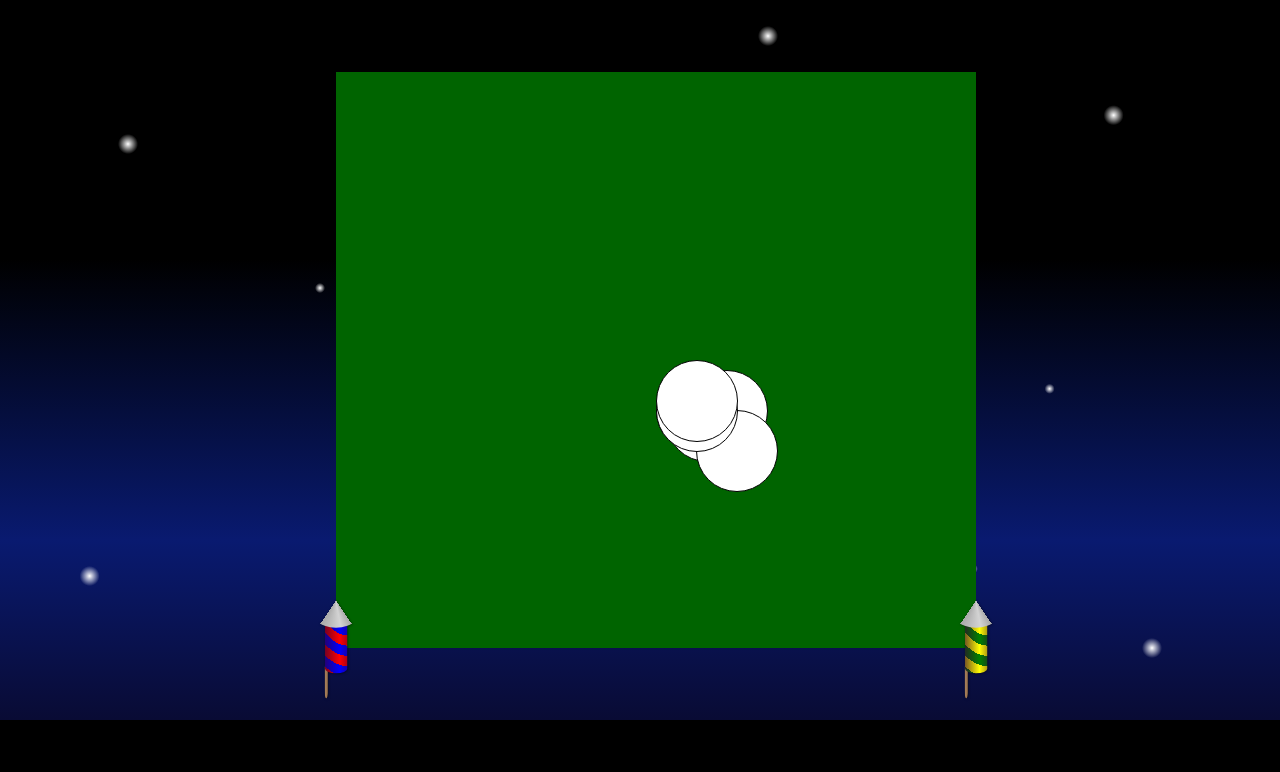
Repository: juliandecloe/CSS-To-The-Rescue---Julian-de-Cloe
Page: index.html
These files come from the project's save history. The page is drawn as it stood at one moment and after a run of saves; the edit follows.
The browser window is 1280 px wide. The pictures show the whole page.

Above is the page before, as saved 2022-03-10 17:18:47.

### index.html
<!DOCTYPE html>
<html lang="en">
	<head>
		<meta charset="UTF-8">
		<meta name="viewport" content="width=device-width, initial-scale=1.0">
		<title>The Anticlimax Fireworkshow!</title>
		<link rel="stylesheet" href="style.css">
	</head>
	<body>
		<input id="left" type="checkbox">
		<input id="middle" type="checkbox">
		<input id="right" type="checkbox">
		<main>
			<section>
				<label for="left">
					<figure></figure>
					<figure></figure>
					<figure></figure>
				</label>
				<ul>
					<li>
						<ul>
							<li></li>
							<li></li>
							<li></li>
							<li></li>
							<li></li>
						</ul>
					</li>
					<li>
						<ul>
							<li></li>
							<li></li>
							<li></li>
							<li></li>
							<li></li>
						</ul>
					</li>
					<li>
						<ul>
							<li></li>
							<li></li>
							<li></li>
							<li></li>
							<li></li>
						</ul>
					</li>
					<li>
						<ul>
							<li></li>
							<li></li>
							<li></li>
							<li></li>
							<li></li>
						</ul>
					</li>
					<li>
						<ul>
							<li></li>
							<li></li>
							<li></li>
							<li></li>
							<li></li>
						</ul>
					</li>
					<li>
						<ul>
							<li></li>
							<li></li>
							<li></li>
							<li></li>
							<li></li>
						</ul>
					</li>
					<li>
						<ul>
							<li></li>
							<li></li>
							<li></li>
							<li></li>
							<li></li>
						</ul>
					</li>
					<li>
						<ul>
							<li></li>
							<li></li>
							<li></li>
							<li></li>
							<li></li>
						</ul>
					</li>
					<li>
						<ul>
							<li></li>
							<li></li>
							<li></li>
							<li></li>
							<li></li>
						</ul>
					</li>
					<li>
						<ul>
							<li></li>
							<li></li>
							<li></li>
							<li></li>
							<li></li>
						</ul>
					</li>
					<li>
						<ul>
							<li></li>
							<li></li>
							<li></li>
							<li></li>
							<li></li>
						</ul>
					</li>
					<li>
						<ul>
							<li></li>
							<li></li>
							<li></li>
							<li></li>
							<li></li>
						</ul>
					</li>
				</ul>
			</section>
			<section>
				<label for="middle">
					<figure></figure>
					<figure></figure>
					<figure></figure>
				</label>
				<ul>
					<li>
						<ul>
							<li></li>
							<li></li>
							<li></li>
							<li></li>
							<li></li>
						</ul>
					</li>
					<li>
						<ul>
							<li></li>
							<li></li>
							<li></li>
							<li></li>
							<li></li>
						</ul>
					</li>
					<li>
						<ul>
							<li></li>
							<li></li>
							<li></li>
							<li></li>
							<li></li>
						</ul>
					</li>
					<li>
						<ul>
							<li></li>
							<li></li>
							<li></li>
							<li></li>
							<li></li>
						</ul>
					</li>
					<li>
						<ul>
							<li></li>
							<li></li>
							<li></li>
							<li></li>
							<li></li>
						</ul>
					</li>
					<li>
						<ul>
							<li></li>
							<li></li>
							<li></li>
							<li></li>
							<li></li>
						</ul>
					</li>
					<li>
						<ul>
							<li></li>
							<li></li>
							<li></li>
							<li></li>
							<li></li>
						</ul>
					</li>
					<li>
						<ul>
							<li></li>
							<li></li>
							<li></li>
							<li></li>
							<li></li>
						</ul>
					</li>
					<li>
						<ul>
							<li></li>
							<li></li>
							<li></li>
							<li></li>
							<li></li>
						</ul>
					</li>
					<li>
						<ul>
							<li></li>
							<li></li>
							<li></li>
							<li></li>
							<li></li>
						</ul>
					</li>
					<li>
						<ul>
							<li></li>
							<li></li>
							<li></li>
							<li></li>
							<li></li>
						</ul>
					</li>
					<li>
						<ul>
							<li></li>
							<li></li>
							<li></li>
							<li></li>
							<li></li>
						</ul>
					</li>
				</ul>
			</section>
			<section>
				<label for="right">
					<figure></figure>
					<figure></figure>
					<figure></figure>
				</label>
				<article>
					<ul>
						<li></li>
						<li></li>
						<li></li>
						<li></li>
						<li></li>
						<li></li>
						<li></li>
					</ul>
				</article>
			</section>
		</main>
	</body>
</html>

### style.css
/*========== GENERAL ==========*/

:root * {
	--hoekVar: calc(360deg / 12);
	--rotate: rotate(calc( var(--hoekVar) * var(--index) ));
	--hoekVar2: calc(360deg / 5);
	--rotate2: rotate(calc( var(--hoekVar2) * var(--index2) ));
	--hoekVar3: calc(360deg / 18);
	--rotate3: rotate(calc( var(--hoekVar3) * var(--index3) ));
	--star1: 5px;
	--star2: 3px;
}

@property --star1 {
	syntax: '<length>';
	inherits: false;
	initial-value: 0px;
}

@property --star2 {
	syntax: '<length>';
	inherits: false;
	initial-value: 0px;
}

* {
	padding: 0;
	margin: 0;
}

body, html {
	overflow: hidden;
}

html {
	background: linear-gradient(0deg, rgba(9,11,52,1) 0%, rgba(9,26,112,1) 25%, rgba(0,0,0,1) 64%, rgba(0,0,0,1) 100%);
}

@keyframes stars {
	0% {
		--star1: 5px;
	}
	100% {
		--star1: 10px;
	}
}

@keyframes stars2 {
	0% {
		--star2: 3px;
	}
	100% {
		--star2: 6px;
	}
}

body {
	background-position: center;
	background-image:
	radial-gradient(
		circle at
			10%
			20%,
		white,
		transparent var(--star1)
	),
	radial-gradient(
		circle at
			34%
			15%,
		white,
		transparent var(--star2)
	),
	radial-gradient(
		circle at
			50%
			60%,
		white,
		transparent var(--star2)
	),
	radial-gradient(
		circle at
			60%
			80%,
		white,
		transparent var(--star2)
	),
	radial-gradient(
		circle at
			25%
			40%,
		white,
		transparent var(--star2)
	),
	radial-gradient(
		circle at
			7%
			80%,
		white,
		transparent var(--star1)
	),
	radial-gradient(
		circle at
			87%
			16%,
		white,
		transparent var(--star1)
	),
	radial-gradient(
		circle at
			76%
			79%,
		white,
		transparent var(--star2)
	),
	radial-gradient(
		circle at
			90%
			90%,
		white,
		transparent var(--star1)
	),
	radial-gradient(
		circle at
			60%
			5%,
		white,
		transparent var(--star1)
	),
	radial-gradient(
		circle at
			72%
			32%,
		white,
		transparent var(--star2)
	),
	radial-gradient(
		circle at
			50%
			28%,
		white,
		transparent var(--star1)
	),
	radial-gradient(
		circle at
			37%
			80%,
		white,
		transparent var(--star1)
	),
	radial-gradient(
		circle at
			82%
			54%,
		white,
		transparent var(--star2)
	);
	animation:
	stars 1s linear alternate infinite,
	stars2 1.5s linear alternate infinite;
}

@media (prefers-reduced-motion) {
	body {
		animation-name: dissolve;
	}
}

main {
	display: flex;
	justify-content: center;
	align-items: end;
	width: 100vw;
	height: 100vh;
	padding-left: 1rem;
}

@media (max-width: 630px) {
	main {
		transform: scale(.5) translateY(50vh);
	}
}

section {
	display: grid;
	place-items: center;
	transition: 1s ease-out;
	width: 50vw;
}

@media (max-width: 630px) {
	section {
		width: 80vw;
	}
}

input {
	display: none;
}

/*========== FIRE ROCKET ==========*/

/*===== GENERAL =====*/

label {
	transform: scale(.3) translateY(50vh);
	z-index: 5;
	height: 350px;
	width: 120px;
	filter: drop-shadow(2px 2px 4px rgb(0,0,0,0.5));
	transition: 1s;
	cursor: pointer;
	animation: 1s
}

@media (max-width: 630px) {
	label {
		transform: scale(.5);
	}
}

section label > figure:first-child {
	border-radius: 50%;
	position: absolute;
	left: calc(50% - 55px);
	width: 110px;
	height: 130px;
	z-index: 3;
	clip-path: ellipse(90% 70% at center top);
	background-image:
		conic-gradient(
		at center top,
		transparent 146deg,
		darkgray 146deg,
		lightgray 170deg,
		darkgray 214deg,
		transparent 214deg
	);
}

section label figure:nth-child(2) {
	position: absolute;
	top: 83px;
	left: calc(50% - 37.5px);
	width: 75px;
	height: 160px;
	z-index: 2;
	background-size: 100% 100%, 600% 600%;
	background-position:left top, 40% -30%;
	border-radius: 0 0 50% 50% / 0 0 1em 1em;
}

section label > figure:nth-child(3) {
	position: absolute;
	background: #BA8C63;
	top: 220px;
	left: calc(50% - 37.5px);
	width: 10px;
	height: 110px;
	z-index: 1;
	box-shadow: inset -2px 0 8px rgb(0,0,0,0.5);
	clip-path: ellipse(10px 95px at 50% 10%);
}


/*===== COLOR ARROWS =====*/

section:first-child label figure:nth-child(2) {
	background-image:
		linear-gradient(
			to right,
			#303a 0%,
			transparent 65%,
			#3036 100%
		),
		repeating-radial-gradient(
			red 0 1em,
			blue 1em 2em
	);
}

section:nth-child(2) label figure:nth-child(2) {
	background-image:
		linear-gradient(
			to right,
			#303a 0%,
			transparent 65%,
			#3036 100%
		),
		repeating-radial-gradient(
			green 0 1em,
			yellow 1em 2em
		);
}

section:last-child label figure:nth-child(2) {
	background-image:
		linear-gradient(
			to right,
			#303a 0%,
			transparent 65%,
			#3036 100%
		),
		repeating-radial-gradient(
			pink 0 1em,
			purple 1em 2em
		);
}


/*========== FIRE WORK ==========*/

/*===== LAYER 1 =====*/

section > ul {
	list-style-type: none;
	position: absolute;
	width: 1rem;
	height: 1rem;
	display: grid;
	place-items: center;
	/* background-color: #ff4; */
}

section > ul > li {
	position: absolute;
	top: 50%;
	width: 40%;
	height: 1200%;
	transform-origin: center top;
	transform: var(--rotate);
	transition: .3s ease-out;
	transition-delay: 1s;
	display: flex;
	/* background-color: #f004; */
}

section:nth-child(2) > ul > li {
	position: absolute;
	top: 50%;
	width: 40%;
	height: 1200%;
	transform-origin: center top;
	transform: var(--rotate);
	transition: .3s ease-out;
	transition-delay: 1s;
	display: flex;
	/* background-color: #f004; */
}

section > ul > li::after {
	content: "";
	display: block;
	width: 100%;
	height: 50%;
	transition: .2s ease-out;
	transform-origin: center top;
	transform: scaleY(0);
	position: absolute;
}

/* Color */

section:first-child > ul > li::after {
	background-color: blue;
}

section:nth-child(2) > ul > li::after {
	background-color: green;
}

section:last-child > ul li::after {
	background-color: pink;
}


/*===== LAYER 2 =====*/

section > ul > li ul {
	list-style-type: none;
	position: relative;
	width: .5em;
	aspect-ratio: 1/1;
	align-self: end;
	display: grid;
	place-items: center;
	/* background-color: #f088; */
}

section:first-child > ul > li li {
	position: absolute;
	top: 50%;
	width: 25%;
	aspect-ratio: 1/8;
	background-color: #f00;
	transform-origin: center top;
	transform: var(--rotate2) scaleY(0);
	transition: .3s ease-out;
	transition-delay: 1.8s;
}

section:nth-child(2) > ul > li li {
	position: absolute;
	width: 30%;
	height: 1200%;
	background-color: yellow;
	transform-origin: center;
	transform: var(--rotate2) scaleY(1);
	transition: .5s ease-out;
	transition-delay: 1.5s;
	visibility: hidden;
}


/*========== INTERACTION ==========*/

/*===== GENERAL =====*/

section > ul > li:nth-of-type(1) { --index:1; }
section > ul > li:nth-of-type(2) { --index:2; }
section > ul > li:nth-of-type(3) { --index:3; }
section > ul > li:nth-of-type(4) { --index:4; }
section > ul > li:nth-of-type(5) { --index:5; }
section > ul > li:nth-of-type(6) { --index:6; }
section > ul > li:nth-of-type(7) { --index:7; }
section > ul > li:nth-of-type(8) { --index:8; }
section > ul > li:nth-of-type(9) { --index:9; }
section > ul > li:nth-of-type(10) { --index:10; }
section > ul > li:nth-of-type(11) { --index:11; }
section > ul > li:nth-of-type(12) { --index:12; }

ul > li li:nth-of-type(1) { --index2:1; }
ul > li li:nth-of-type(2) { --index2:2; }
ul > li li:nth-of-type(3) { --index2:3; }
ul > li li:nth-of-type(4) { --index2:4; }
ul > li li:nth-of-type(5) { --index2:5; }

/* section:last-child li:nth-of-type(1) { --index3:1; }
section:last-child li:nth-of-type(2) { --index3:2; }
section:last-child li:nth-of-type(3) { --index3:3; }
section:last-child li:nth-of-type(4) { --index3:4; }
section:last-child li:nth-of-type(5) { --index3:5; }
section:last-child li:nth-of-type(6) { --index3:6; }
section:last-child li:nth-of-type(7) { --index3:7; }
section:last-child li:nth-of-type(8) { --index3:8; }
section:last-child li:nth-of-type(9) { --index3:9; }
section:last-child li:nth-of-type(10) { --index3:10; }
section:last-child li:nth-of-type(11) { --index3:11; }
section:last-child li:nth-of-type(12) { --index3:12; }
section:last-child li:nth-of-type(13) { --index3:13; }
section:last-child li:nth-of-type(14) { --index3:14; }
section:last-child li:nth-of-type(15) { --index3:15; }
section:last-child li:nth-of-type(16) { --index3:16; }
section:last-child li:nth-of-type(17) { --index3:17; }
section:last-child li:nth-of-type(18) { --index3:18; } */

/* Rocket */

input:first-child[type="checkbox"]:checked ~ main section:first-child, input:nth-child(2)[type="checkbox"]:checked ~ main section:nth-child(2) {
	transform: translateY(-50vh);
}

@media (max-width: 630px) {
	input:first-child[type="checkbox"]:checked ~ main section:first-child, input:nth-child(2)[type="checkbox"]:checked ~ main section:nth-child(2) {
		transform: translateY(-90vh);
	}
}

input:first-child[type="checkbox"]:checked ~ main section:first-child label, input:nth-child(2)[type="checkbox"]:checked ~ main section:nth-child(2) label {
	transform: scale(.5, .3);
	animation: explode 1s 1s ease-in forwards;
}

/* Explode 1 */

input:first-child[type="checkbox"]:checked ~ main section:first-child > ul > li, input:nth-child(2)[type="checkbox"]:checked ~ main section:nth-child(2) > ul > li {
	transform: var(--rotate) translateY(2em);
}

input:first-child[type="checkbox"]:checked ~ main section:first-child > ul > li::after, input:nth-child(2)[type="checkbox"]:checked ~ main section:nth-child(2) > ul > li::after {
	animation: after .3s 1s ease-out forwards;
}


/*===== ARROW 1 =====*/

input:first-child[type="checkbox"]:checked ~ main section:first-child > ul > li li {
	animation: lili .3s 1.5s ease-out forwards;
}

/*===== ARROW 2 =====*/

input:nth-child(2)[type="checkbox"]:checked ~ main section:nth-child(2) > ul > li li {
	visibility: visible;
	transform: var(--turn) scaleY(6) translateY(2em);
	opacity: 0;
}

/*===== ARROW 3 =====*/

input:nth-child(3)[type="checkbox"]:checked ~ main section:last-child {
	transform: translateY(-50vh);
}

input:nth-child(3)[type="checkbox"]:checked ~ main article label {
	animation: huge .8s 1s ease-out forwards;
}

/*========== ANIMATIONS ==========*/

@keyframes huge {
	0% {
		transform: scaleY(0);
	}
	99% {
		transform: translateY(200%) scaleY(0);
		opacity: 0;
	}
	100% {
		transform: translateY(0) scaleY(0);
		opacity: 1;
	}
}

@keyframes explode {
	0% {
		visibility: hidden;
	}
	99% {
		visibility: hidden;
	}
	100% {
		transform: translateY(65vh) scale(.3);
		visibility: visible;
	}
}

@keyframes after {
	0% {
		transform: scaleY(0);
	}
	33% {
		transform: scaleY(1) ;
	}
	67% {
		transform: translateY(100%) scaleY(1) ;
	}
	99% {
		transform: translateY(200%) scaleY(0) ;
	}
	100% {
		transform: translateY(0) scaleY(0) ;
	}
}

@keyframes lili {
	0% {
		transform: var(--rotate2) translateY(0) scaleY(0);
	}
	50% {
		transform: var(--rotate2) translateY(0) scaleY(3);
	}
	99% {
		transform: var(--rotate2) translateY(400%) scaleY(0);
	}
	100% {
		transform: var(--rotate2) translateY(0) scaleY(0);
	}
}



/*========== CLOUDS ==========*/

section:last-child label {
	display: none;
}

section:last-child {
	position: absolute;
	top: 10vh;
	background-color: darkgreen;
	width: 50vw;
	height: 80vh;
}

article ul {
	position: relative;
	list-style-type: none;
}

article li {
	position: absolute;
	border-radius: 50%;
	background-color: white !important;
	width: 5rem;
	height: 5rem;
	border: 1px solid black;
}

article li:first-child {
	top: 5px;
	left: 5px;
}

article li:nth-child(2) {
	top: 10px;
	left: 0;
}

article li:nth-child(3) {
	top: 20px;
	left: 10px;
}

article li:nth-child(4) {
	top: 10px;
	left: 30px;
}

article li:nth-child(5) {
	top: 50px;
	left: 40px;
}

article li:nth-child(6) {
	top: 10px;
	left: 0;
}

After the next 2 saves:
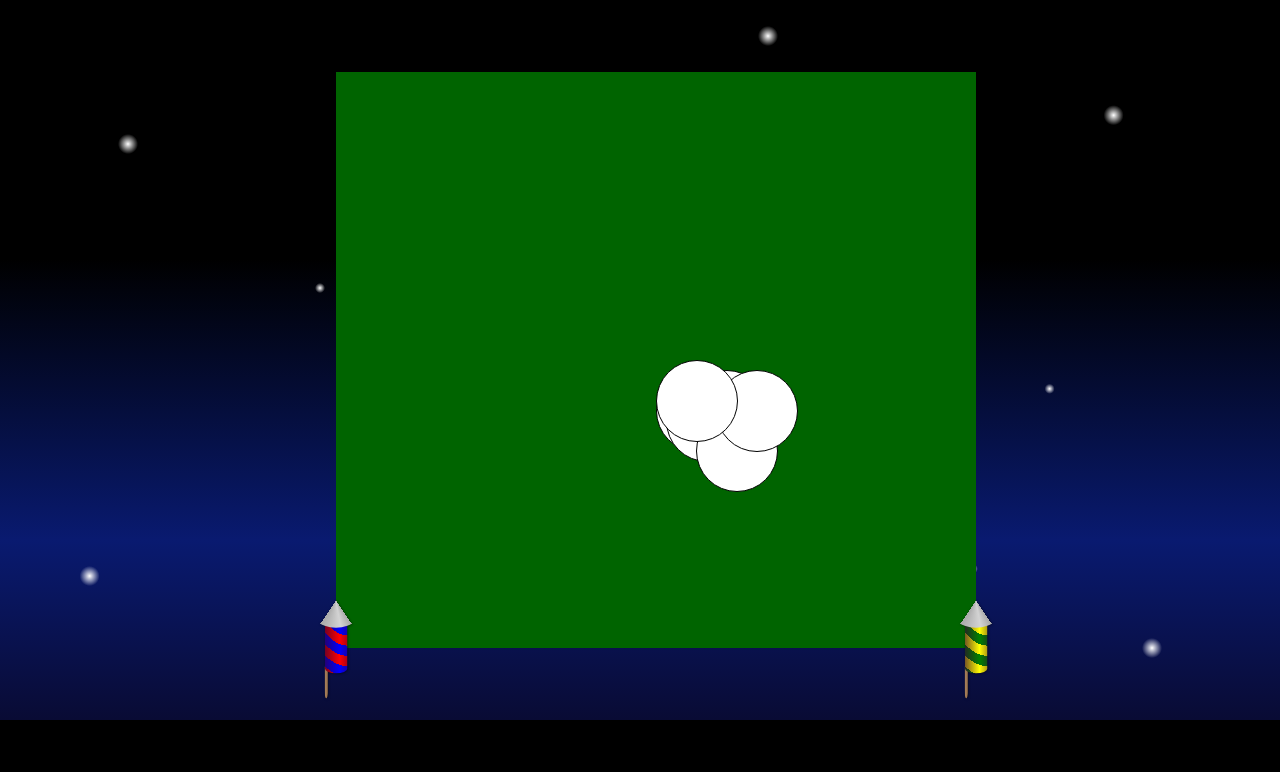
The 2 saves are shown as one change because they came seconds apart.
The last was saved 6 s later.
--- a/style.css
+++ b/style.css
@@ -625,5 +625,5 @@ article li:nth-child(5) {
 
 article li:nth-child(6) {
 	top: 10px;
-	left: 0;
-}
+	left: 60px;
+}
